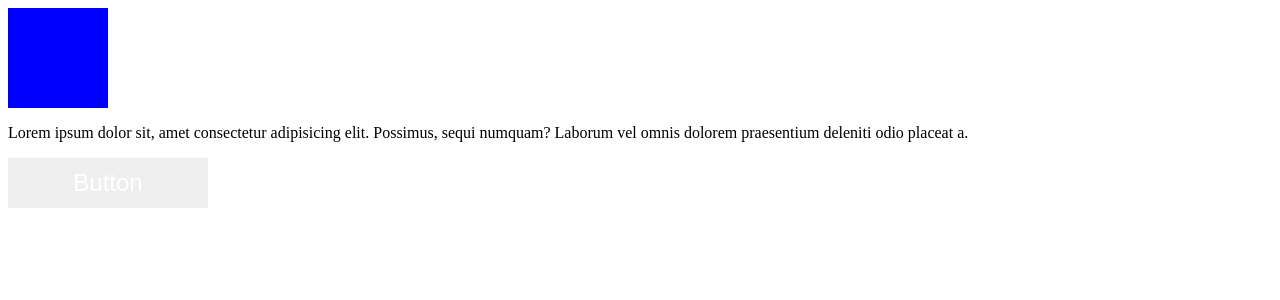
Repository: sparrowkg/TeamWork
Page: index.html
An editor plug-in stored every save of this project. The page is shown before and after a run of saves, followed by the edit.
The browser window is 1280 px wide. The pictures show the whole page.

Above is the page before, as saved 2024-02-08 12:51:57.

After the next 2 saves:
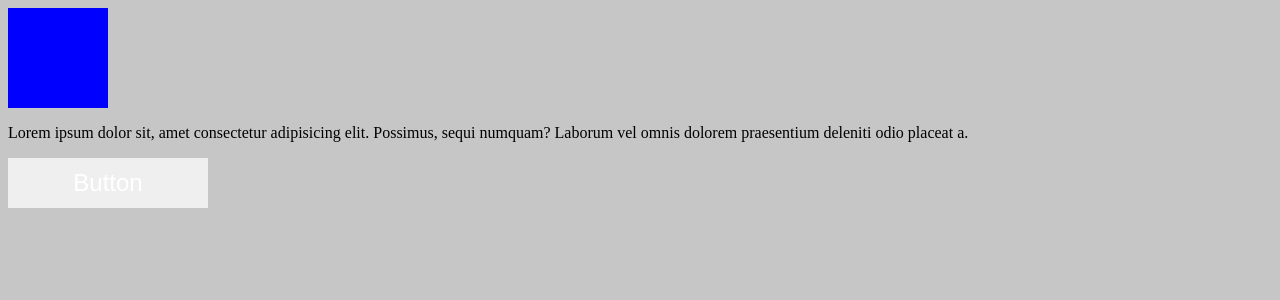
The 2 saves are shown as one change because they came seconds apart.
The last was saved 9 s later.
--- a/style.css
+++ b/style.css
@@ -1,6 +1,6 @@
 
 body {
-  background-color: #c;
+  background-color: #c6c6c6;
 }
 
 .pic {
